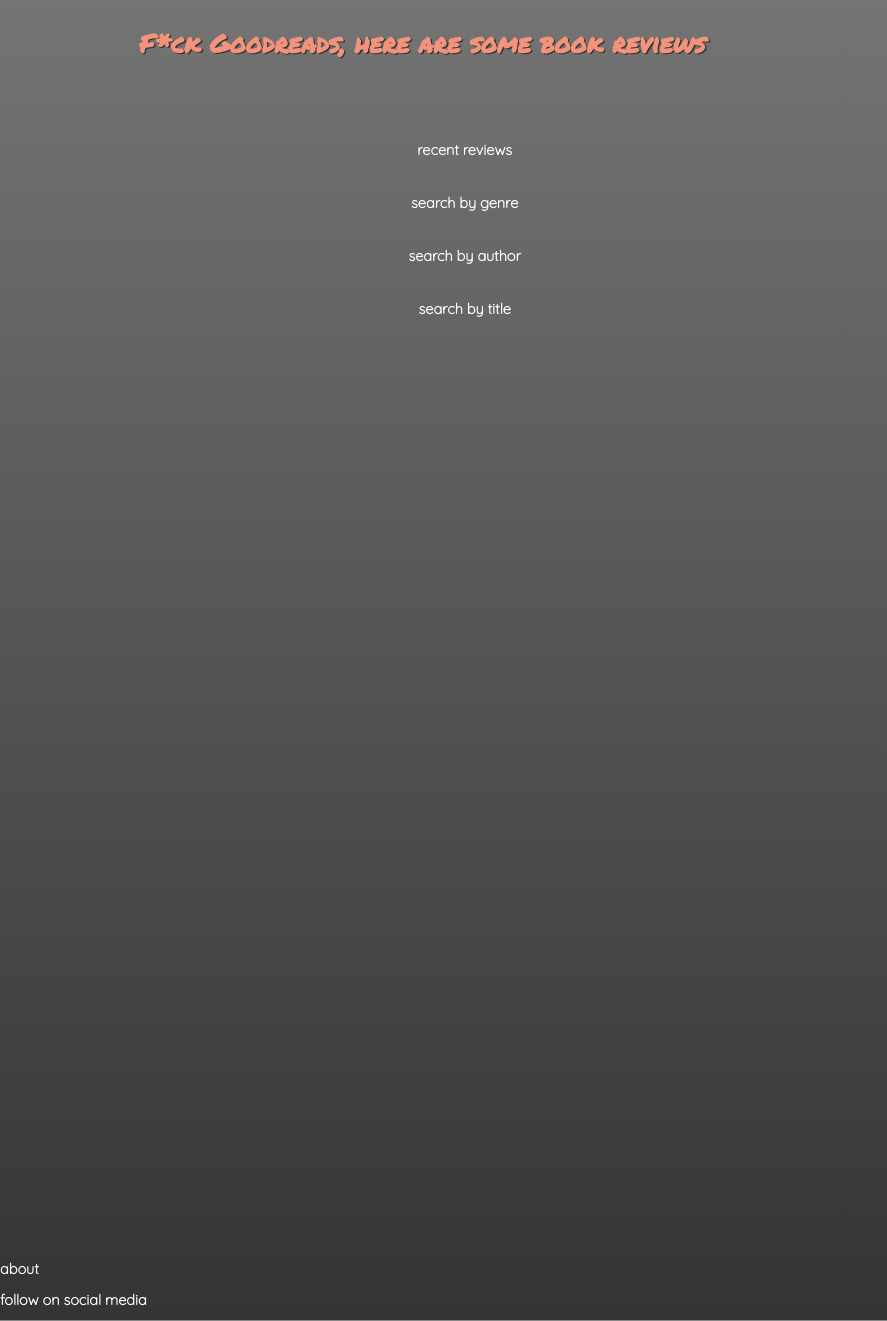
Repository: emnharris/FreeCodeCampChallenges
Page: responsive-web-design/book-reviews/books.html
These files come from the project's save history. The page is drawn as it stood at one moment and after the next save; the edit follows.
The browser window is 1280 px wide. The page is 1344 px wide, then 1280 px, then 1344 px, so the pictures cover 1344 px, including what lies to the right of the window. The pictures show the whole page, at 66% of full size.

Above is the page before, as saved 2020-04-18 13:49:59.

After the next save:
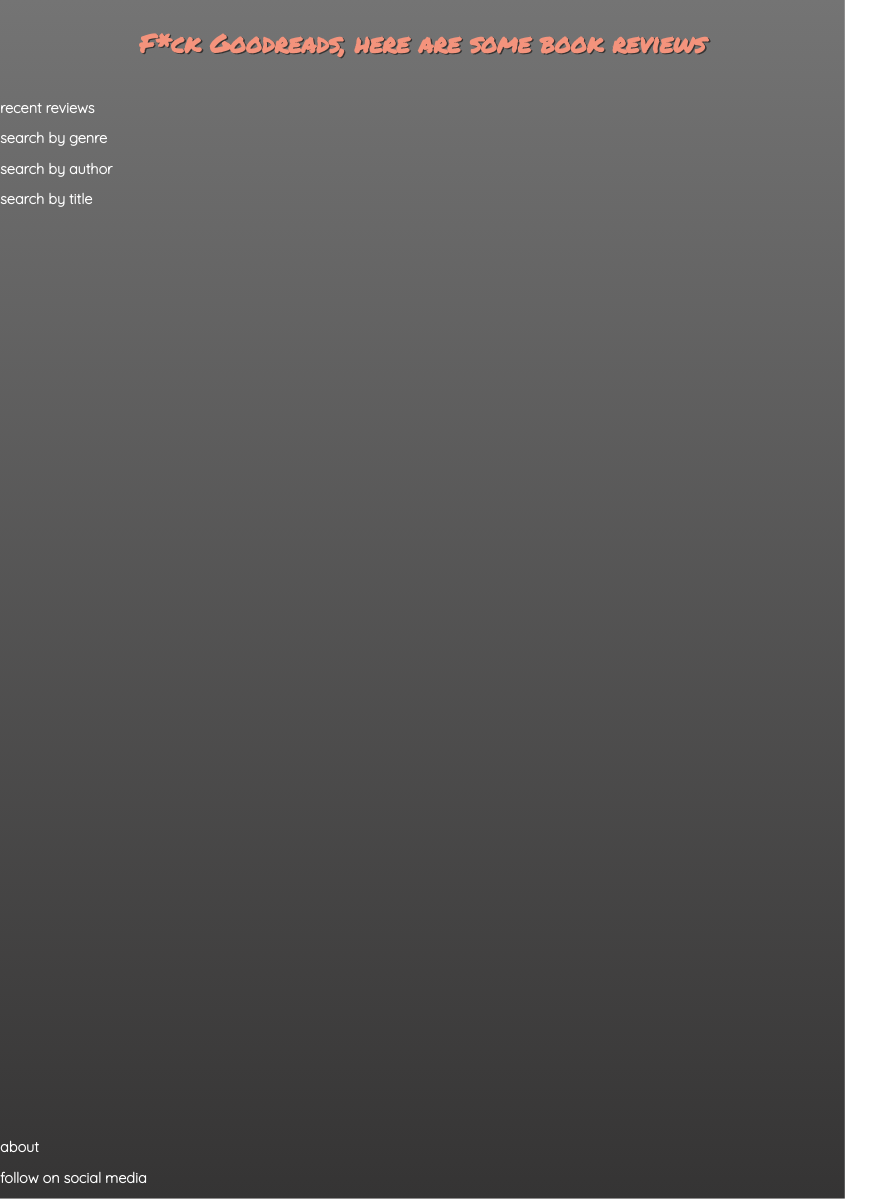
Saved 19 s later.
--- a/responsive-web-design/book-reviews/books.css
+++ b/responsive-web-design/book-reviews/books.css
@@ -46,7 +46,7 @@
     grid-auto-flow: dense;
     margin: 5%;
 }
-#navbar {
+.navbar {
     display: grid;
     grid-template-columns: 1fr 1fr 1fr 1fr);
     align-items: center;

After the save that followed:
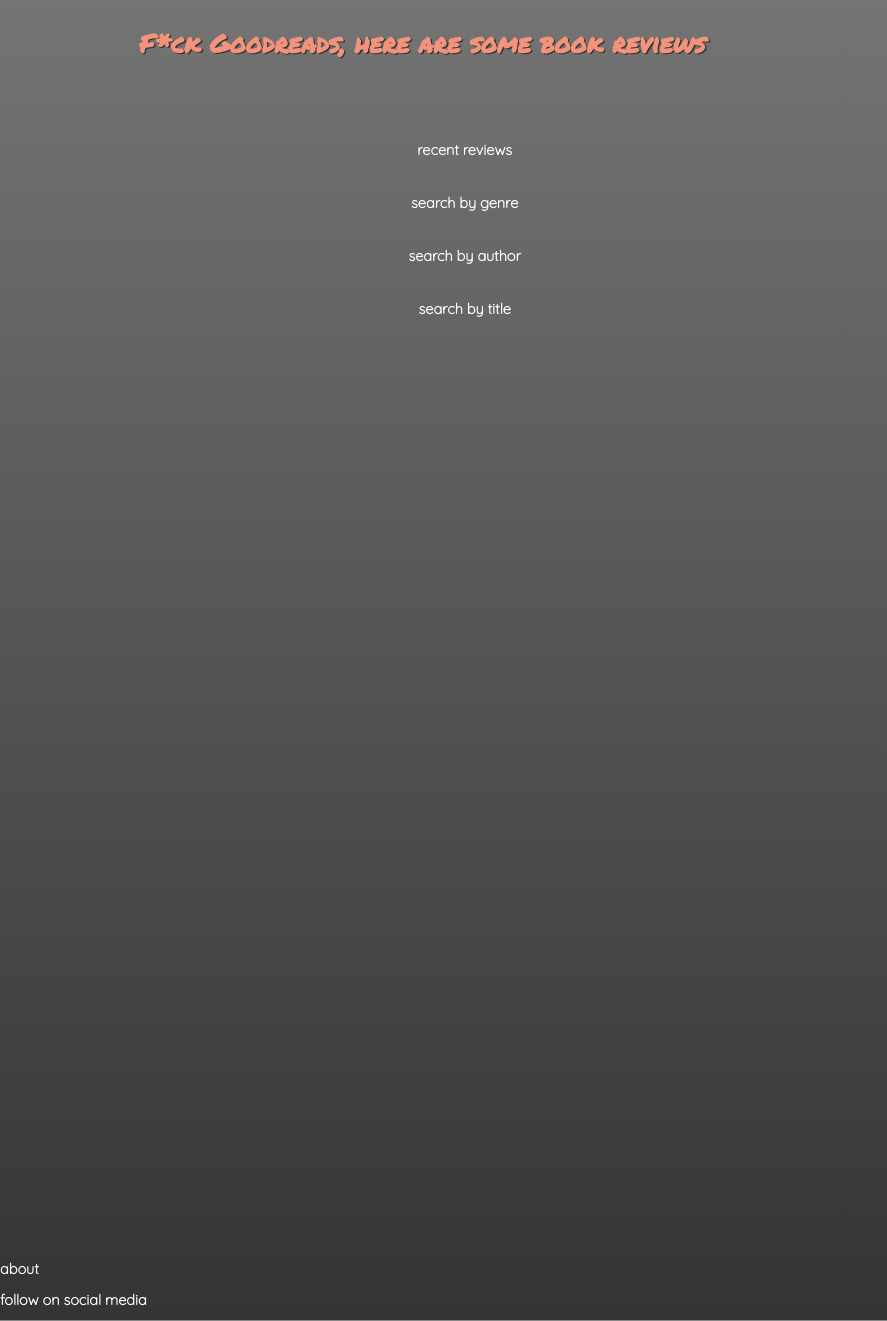
Saved 2 s later.
--- a/responsive-web-design/book-reviews/books.html
+++ b/responsive-web-design/book-reviews/books.html
@@ -12,7 +12,7 @@
             <div id="title">
                 <h1>F*ck Goodreads, here are some book reviews</h1>
             </div>
-            <div id="navbar">
+            <div class="navbar">
                 <h2>recent reviews</h2>
                 <h2>search by genre</h2>
                 <h2>search by author</h2>
